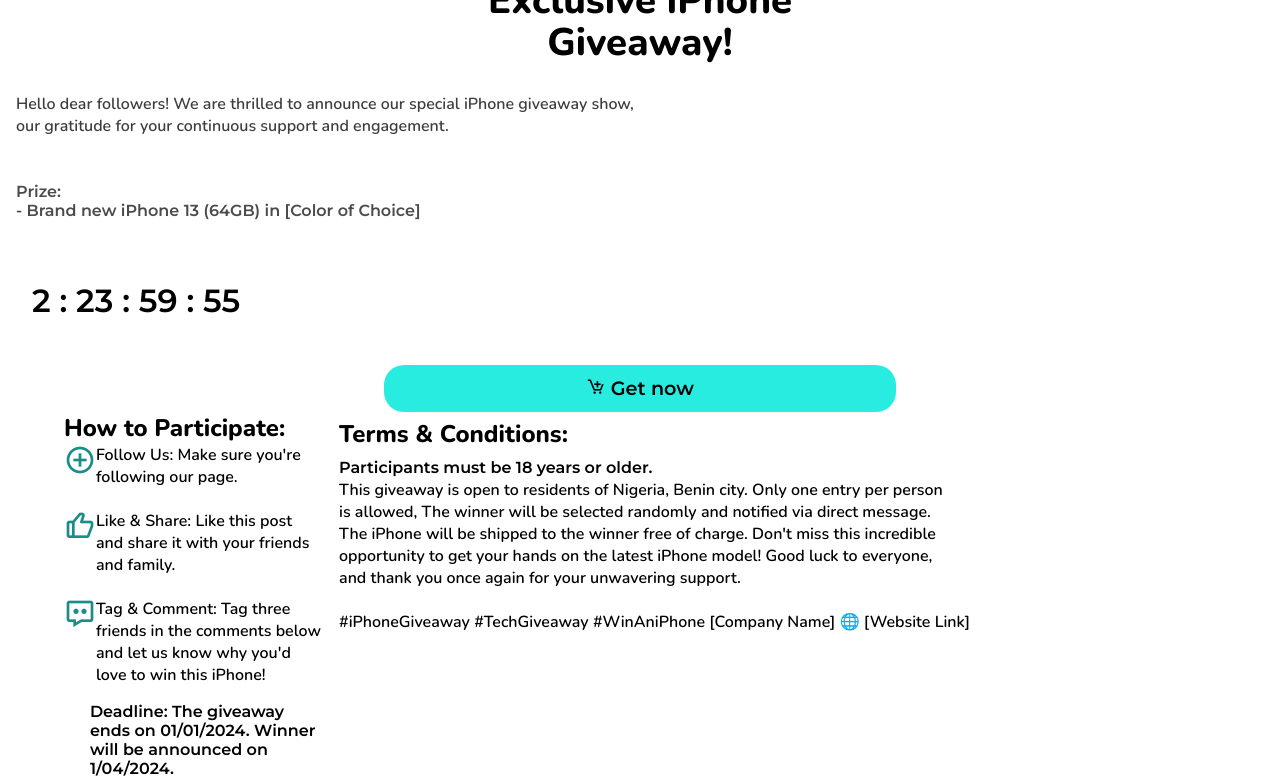
Repository: pasafista/freebie-iphone-webpage
Page: index.html
These files come from the project's save history. The page is drawn as it stood at one moment and after the next save; the edit follows.
The browser window is 1280 px wide. The pictures show the part of the page from y = 792 to 1570 px (the page is 1570 px tall before and 1538 px after).
A picture or video elsewhere on the page could not be fetched, so the positions and the page height are approximate.

Above is the page before, as saved 2024-01-02 00:46:41.

After the next save:
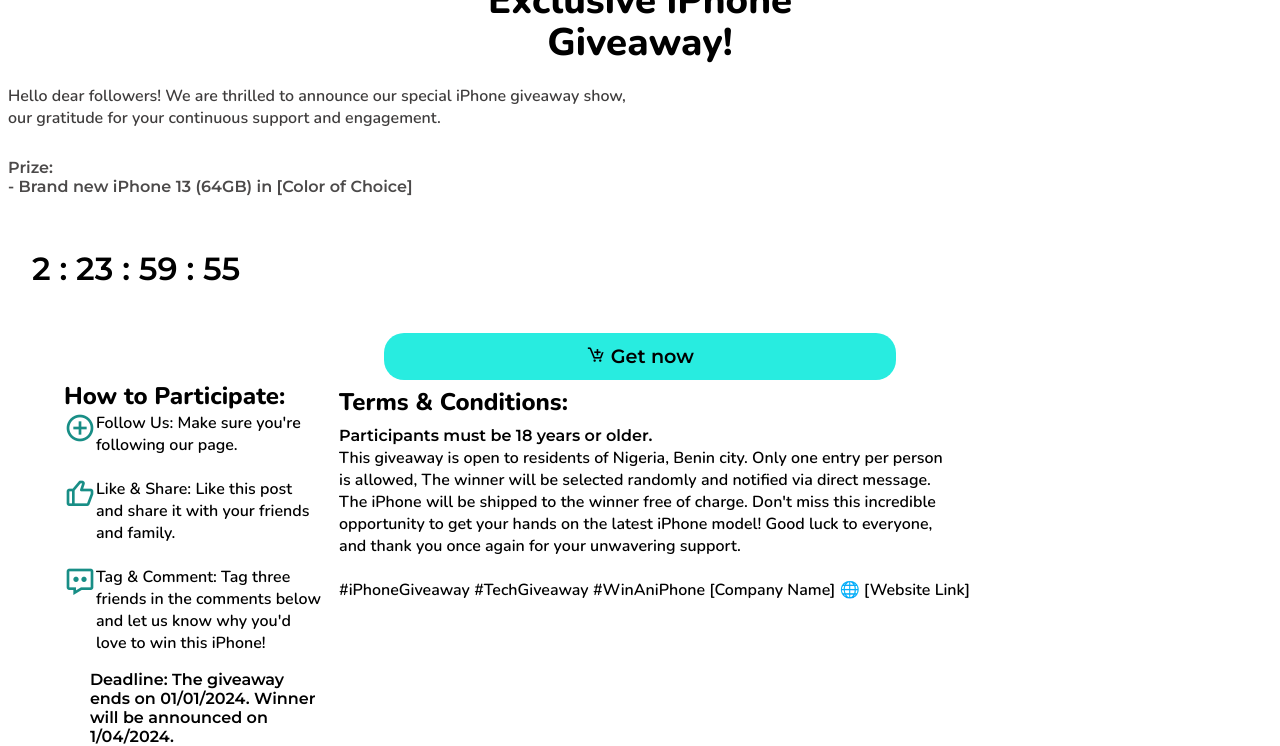
Saved 18 s later.
--- a/style.css
+++ b/style.css
@@ -149,7 +149,7 @@
     .top, .bottom{
         font-size: 1rem;
         text-align: justify;
-        padding: 1em;
+        padding: 0.5em;
     }
 
  .timer{
